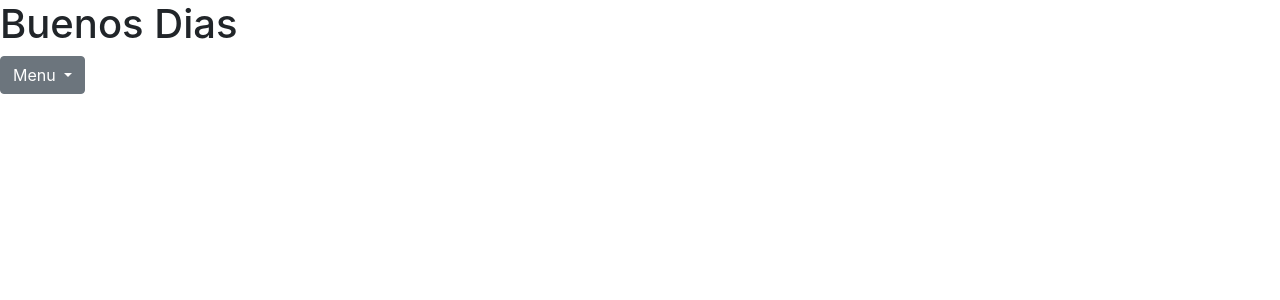
Repository: Alemartinez97/New-Repository
Page: programacion-3/tp4/index.html
The author's editor kept a copy of each file at every save. The page is drawn from the files as they stood at one save, then again after the next save.
The browser window is 1280 px wide. The pictures show the whole page.

Above is the page before, as saved 2020-06-11 15:21:07.

### programacion-3/tp4/index.html
<!DOCTYPE html>
<html lang="en">
<head>
    <meta charset="UTF-8">
    <meta name="viewport" content="width=device-width, initial-scale=1.0">
    <title>Bienvenido</title>
    <link rel="stylesheet" href="https://stackpath.bootstrapcdn.com/bootstrap/4.5.0/css/bootstrap.min.css" integrity="sha384-9aIt2nRpC12Uk9gS9baDl411NQApFmC26EwAOH8WgZl5MYYxFfc+NcPb1dKGj7Sk" crossorigin="anonymous">
</head>
<body>
  <h1 class="h1">Buenos Dias</h1>
  <ul class="dropdown-menu" aria-labelledby="dropdownMenu2">
    <li><a href="./tareas/lista.html" class="btn btn-primary">Perfil</a></li>
    <li><a href="producto.html" class="btn btn-primary">Productos</a></li>
    <li></li>
    </ul>
    <div class="btn-group">
      <button type="button" class="btn btn-secondary dropdown-toggle" data-toggle="dropdown" aria-haspopup="true" aria-expanded="false">
        Menu
      </button>
      <div class="dropdown-menu dropdown-menu-right">
        <button class="dropdown-item" type="button">Action</button>
        <button class="dropdown-item" type="button">Another action</button>
        <button class="dropdown-item" type="button"><a href="servicio.html" class="btn btn-primary">Servicios</a></button>
      </div>
    </div>
</body>
</html>

After the next save:
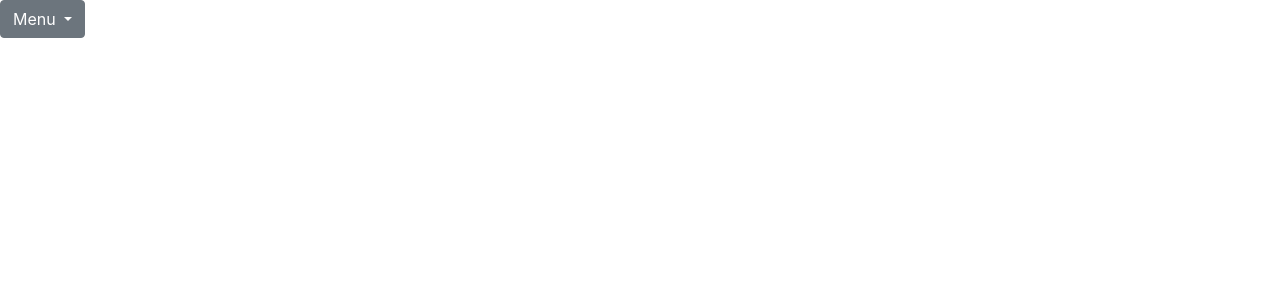
Saved 21 s later.
--- a/programacion-3/tp4/index.html
+++ b/programacion-3/tp4/index.html
@@ -7,12 +7,12 @@
     <link rel="stylesheet" href="https://stackpath.bootstrapcdn.com/bootstrap/4.5.0/css/bootstrap.min.css" integrity="sha384-9aIt2nRpC12Uk9gS9baDl411NQApFmC26EwAOH8WgZl5MYYxFfc+NcPb1dKGj7Sk" crossorigin="anonymous">
 </head>
 <body>
-  <h1 class="h1">Buenos Dias</h1>
+  <!-- <h1 class="h1">Buenos Dias</h1>
   <ul class="dropdown-menu" aria-labelledby="dropdownMenu2">
     <li><a href="./tareas/lista.html" class="btn btn-primary">Perfil</a></li>
     <li><a href="producto.html" class="btn btn-primary">Productos</a></li>
     <li></li>
-    </ul>
+    </ul> -->
     <div class="btn-group">
       <button type="button" class="btn btn-secondary dropdown-toggle" data-toggle="dropdown" aria-haspopup="true" aria-expanded="false">
         Menu

After the 3 saves that followed:
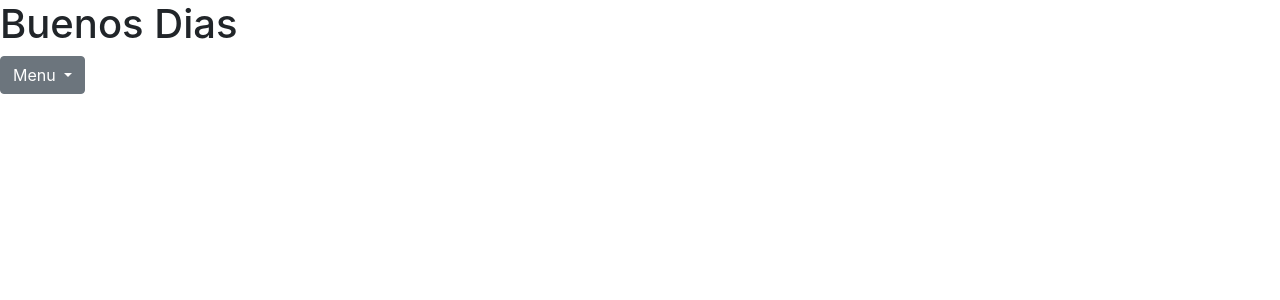
The 3 saves are shown as one change because 2 left the picture as it was.
The last was saved 64 s later.
--- a/programacion-3/tp4/index.html
+++ b/programacion-3/tp4/index.html
@@ -7,12 +7,12 @@
     <link rel="stylesheet" href="https://stackpath.bootstrapcdn.com/bootstrap/4.5.0/css/bootstrap.min.css" integrity="sha384-9aIt2nRpC12Uk9gS9baDl411NQApFmC26EwAOH8WgZl5MYYxFfc+NcPb1dKGj7Sk" crossorigin="anonymous">
 </head>
 <body>
-  <!-- <h1 class="h1">Buenos Dias</h1>
+  <h1 class="h1">Buenos Dias</h1>
   <ul class="dropdown-menu" aria-labelledby="dropdownMenu2">
     <li><a href="./tareas/lista.html" class="btn btn-primary">Perfil</a></li>
     <li><a href="producto.html" class="btn btn-primary">Productos</a></li>
-    <li></li>
-    </ul> -->
+    <li><a href="servicio.html" class="btn btn-primary">Servicios</a></li>
+    </ul>
     <div class="btn-group">
       <button type="button" class="btn btn-secondary dropdown-toggle" data-toggle="dropdown" aria-haspopup="true" aria-expanded="false">
         Menu
@@ -20,7 +20,7 @@
       <div class="dropdown-menu dropdown-menu-right">
         <button class="dropdown-item" type="button">Action</button>
         <button class="dropdown-item" type="button">Another action</button>
-        <button class="dropdown-item" type="button"><a href="servicio.html" class="btn btn-primary">Servicios</a></button>
+        <button class="dropdown-item" type="button">Something else here</button>
       </div>
     </div>
 </body>
